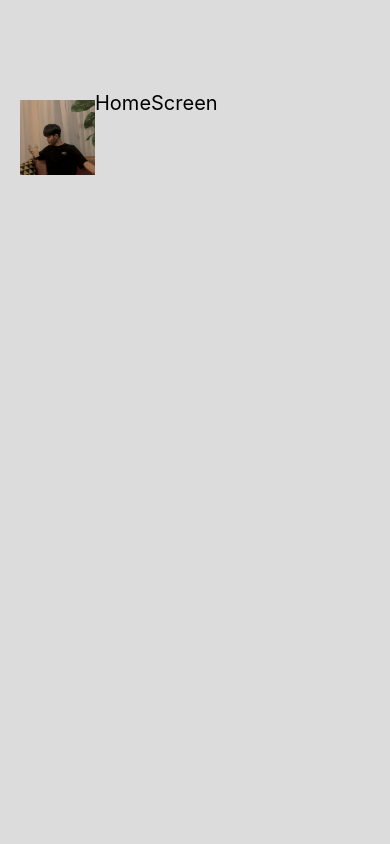
Repository: diepdung02/AppPTC
Screen: /Home
The author's editor kept a copy of each file at every save. The screen is drawn from the files as they stood at one save, then again after the next save.
The app was drawn by React Native's web renderer in a window 390 px wide. The project was rebuilt for these pictures with package versions that can differ from the ones it lists, and the page was loaded fresh each time.

Above is the screen before, as saved 2024-06-29 13:08:28.

### App.tsx
import React from 'react';
import 'react-native-gesture-handler';
import { NavigationContainer } from '@react-navigation/native';
import { createStackNavigator } from '@react-navigation/stack';
import { createMaterialTopTabNavigator } from '@react-navigation/material-top-tabs';
import { LoginScreen, HomeScreen } from './screen/index';
import COLORS from './constants/Color';


const Stack = createStackNavigator();
const Tab = createMaterialTopTabNavigator();



const App: React.FC = () => {
  return (
    <NavigationContainer>
      <Stack.Navigator initialRouteName="Login">
        <Stack.Screen name="Login" component={LoginScreen} options={{ headerShown: false }} />
        <Stack.Screen name="Home" component={HomeScreen} options={{ headerShown: false }} />
      </Stack.Navigator>
    </NavigationContainer>
  );
};

export default App;

### screen/index.tsx
import LoginScreen from './auth/LoginScreen';
import HomeScreen from './home/HomeScreen';

export{
    LoginScreen,
    HomeScreen

}

### screen/auth/LoginScreen.tsx
import React, { useState, useEffect } from 'react';
import { View, TextInput, StyleSheet, TouchableOpacity, Text, Image } from 'react-native';
import { FontAwesome, MaterialIcons } from '@expo/vector-icons';
import { Formik } from 'formik';
import * as Yup from 'yup';
import AsyncStorage from '@react-native-async-storage/async-storage';
import COLORS from '../../constants/Color';

type LoginProps = {
  navigation: any;
};

type FormValues = {
  username: string;
  password: string;
};

const LoginScreen: React.FC<LoginProps> = ({ navigation }) => {
  const [hidePassword, setHidePassword] = useState<boolean>(true);
  const [rememberPassword, setRememberPassword] = useState<boolean>(false);

  useEffect(() => {
    const checkRememberPassword = async () => {
      try {
        const savedPassword = await AsyncStorage.getItem('password');
        if (savedPassword) {
          setRememberPassword(true);
        }
      } catch (error) {
        console.error('Error reading password from AsyncStorage:', error);
      }
    };
    checkRememberPassword();
  }, []);

  const togglePasswordVisibility = () => {
    setHidePassword(!hidePassword);
  };

  const handleLogin = (values: FormValues) => {
    // Hiện thông báo đăng nhập thành công và điều hướng đến HomeScreen
    alert('Đăng nhập thành công!');
    navigation.navigate('Home');
  };

  const validationSchema = Yup.object({
    username: Yup.string().required('Chưa nhập tên đăng nhập'),
    password: Yup.string().required('Chưa nhập mật khẩu'),
  });

  return (
    <Formik
      initialValues={{
        username: 'dung',
        password: '123',
      }}
      validationSchema={validationSchema}
      onSubmit={(values) => handleLogin(values)}
    >
      {({ values, touched, errors, handleChange, handleSubmit, handleBlur }) => (
        <View style={styles.container}>
          <Image source={require('../../assets/logo.png')} style={styles.logo} />
          <View style={styles.inputContainer}>
            <FontAwesome name="user" size={20} color="black" />
            <TextInput
              style={styles.textInput}
              placeholder="Username"
              value={values.username}
              onChangeText={handleChange('username')}
              onBlur={handleBlur('username')}
            />
          </View>
          {touched.username && errors.username && (
            <Text style={styles.errorText}>{errors.username}</Text>
          )}

          <View style={styles.inputContainer}>
            <FontAwesome name="lock" size={20} color="black" />
            <TextInput
              style={styles.textInput}
              placeholder="Password"
              secureTextEntry={hidePassword}
              value={values.password}
              onChangeText={handleChange('password')}
              onBlur={handleBlur('password')}
            />
            <TouchableOpacity onPress={togglePasswordVisibility}>
              <MaterialIcons name={hidePassword ? 'visibility-off' : 'visibility'} size={20} color="black" />
            </TouchableOpacity>
          </View>
          {touched.password && errors.password && (
            <Text style={styles.errorText}>{errors.password}</Text>
          )}

          <TouchableOpacity style={styles.loginButton} onPress={handleSubmit as any}>
            <Text style={styles.buttonText}>Login</Text>
          </TouchableOpacity>
          <TouchableOpacity onPress={() => navigation.navigate('ForgotPassword')}>
            <Text style={styles.forgotPasswordText}>Forgot Password?</Text>
          </TouchableOpacity>
        </View>
      )}
    </Formik>
  );
};

const styles = StyleSheet.create({
  container: {
    flex: 1,
    backgroundColor: COLORS.colorMain,
    alignItems: 'center',
    justifyContent: 'center',
  },
  logo: {
    width: 150,
    height: 150,
    marginBottom: 50,
  },
  inputContainer: {
    flexDirection: 'row',
    alignItems: 'center',
    backgroundColor: '#FFFFFF',
    borderRadius: 5,
    width: '80%',
    marginBottom: 20,
    padding: 10,
  },
  textInput: {
    flex: 1,
    marginLeft: 10,
  },
  loginButton: {
    backgroundColor: COLORS.blue,
    width: '80%',
    padding: 15,
    borderRadius: 5,
    alignItems: 'center',
  },
  buttonText: {
    color: 'white',
    fontSize: 16,
  },
  forgotPasswordText: {
    color: '#005A8C',
    marginTop: 20,
  },
  errorText: {
    color: 'red',
    fontSize: 12,
    marginBottom: 20,
  },
});

export default LoginScreen;

### screen/home/HomeScreen.tsx
import { View, Text, Image, StyleSheet } from 'react-native'
import React from 'react'
import COLORS from '../../constants/Color'

const HomeScreen:React.FC = () => {
  return (
    <View style={styles.container}>
      <View style={styles.inforContainer}>
        <Image source={require("../../assets/avatar.jpg")} style={styles.avatar}></Image>
      <Text style={styles.txtInfor}>HomeScreen</Text>
      </View>
    </View>
  )
}

const styles = StyleSheet.create({
  container:{
    flex:1,
    backgroundColor:COLORS.colorMain,
  },
  avatar:{
    width:75,
    height:75,
    marginTop:100,
    marginLeft:20,
  },
  inforContainer:{
    flexDirection:"row",
    alignItems:"center"
  },
  txtInfor:{
    fontSize:20,
    marginTop:30,
  }
})

export default HomeScreen

### constants/Color.tsx
const COLORS = {
    colorMain:"#DCDCDC",
    blue: "#09648C"

  };
  export default COLORS;

After the next save:
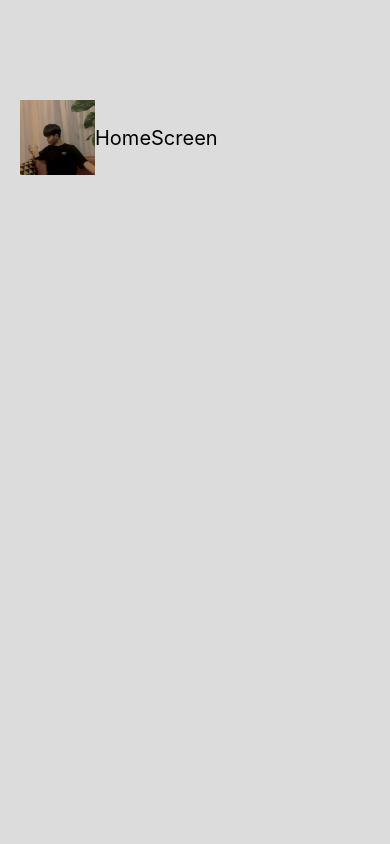
Saved 4 s later.
--- a/screen/home/HomeScreen.tsx
+++ b/screen/home/HomeScreen.tsx
@@ -30,7 +30,7 @@ const styles = StyleSheet.create({
   },
   txtInfor:{
     fontSize:20,
-    marginTop:30,
+    marginTop:100,
   }
 })
 
